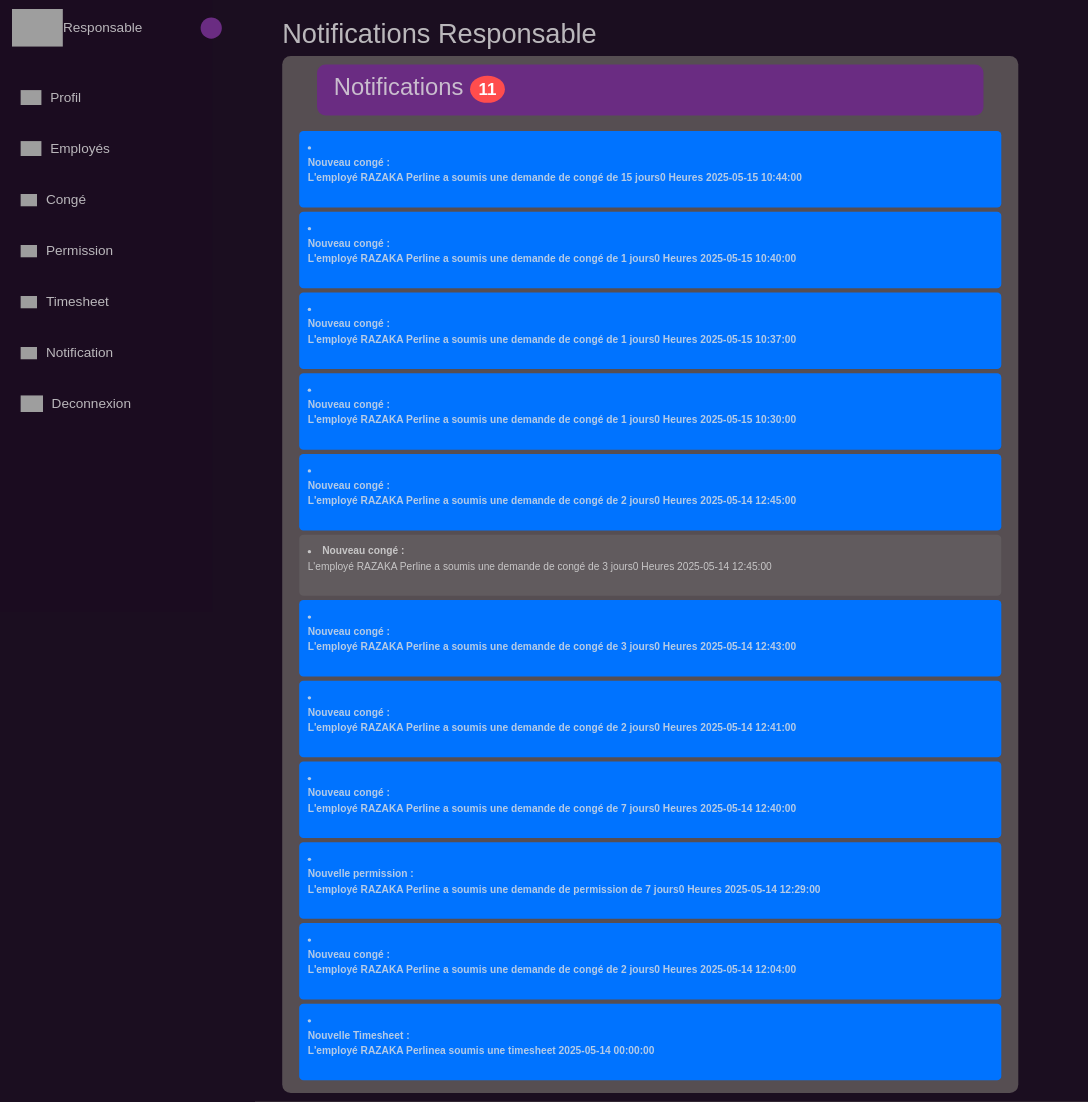
Repository: Fandresena19/Gestion-employe
Page: http://localhost/phpmailer/Assets/responsable/vue/notification_resp.php
An editor plug-in stored every save of this project. The page is shown before and after the next save, followed by the edit.
The browser window is 1280 px wide. The pictures show the whole page, at 85% of full size.
Pictures or frames that could not be fetched are drawn as grey boxes. Some web fonts or font styles are not loaded; a fallback is used. The page is run by PHP 8.4 with error messages shown; the project is at /var/www/html/. The database holds what the project's SQL file puts in it.

Above is the page before, as saved 2025-05-12 16:47:13.
Console error: TypeError: this.querySelector is not a function

After the next save:
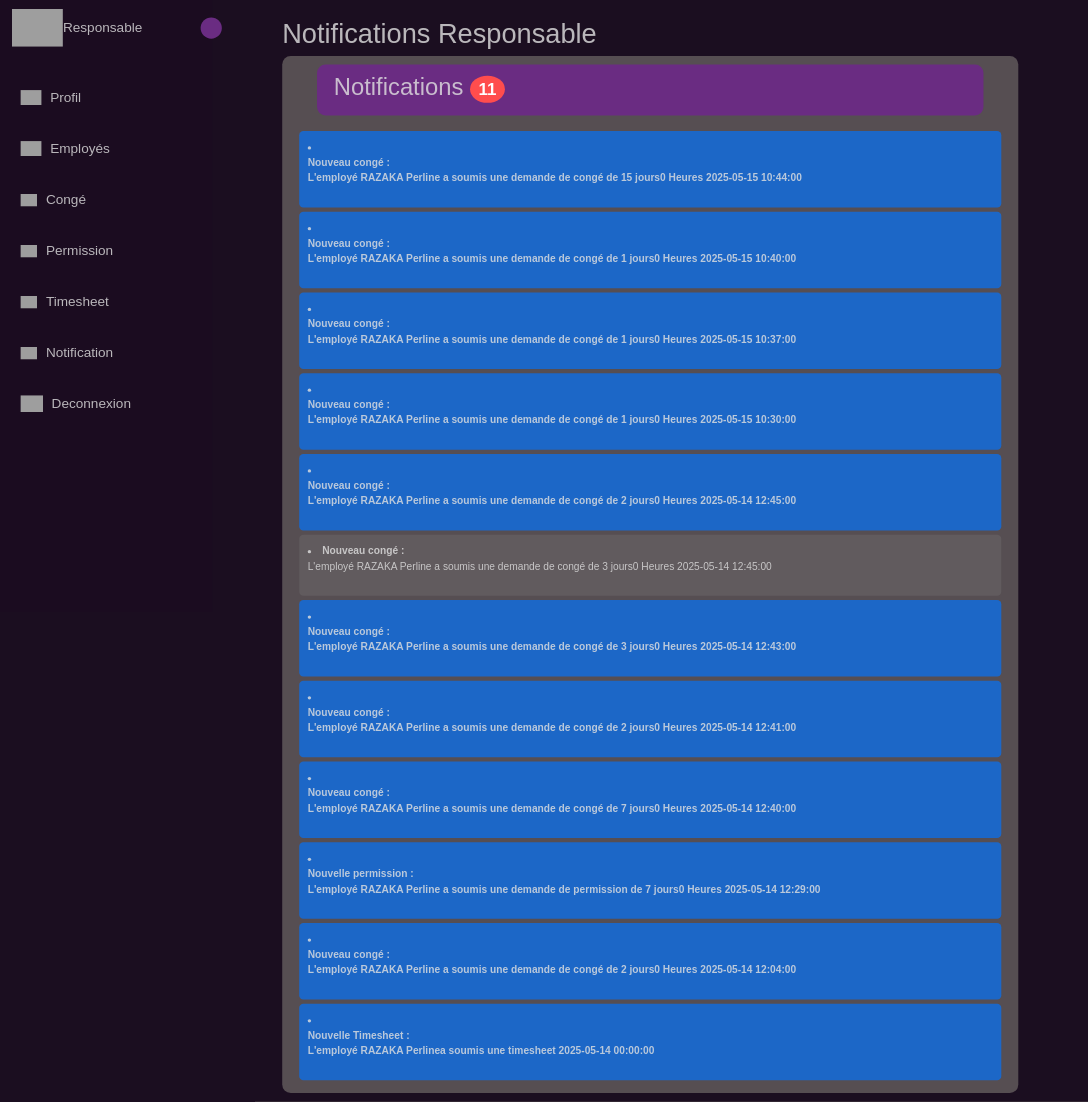
Saved 14 s later.
--- a/Assets/responsable/vue/notification_resp.php
+++ b/Assets/responsable/vue/notification_resp.php
@@ -33,7 +33,7 @@ $notification_count = $statement->fetchColumn();
       position: relative;
       font-size: 12px;
       font-weight: bolder;
-      background-color:rgb(0, 115, 255);
+      background-color:rgba(0, 115, 255, 0.68);
     }
 
     .lu {
